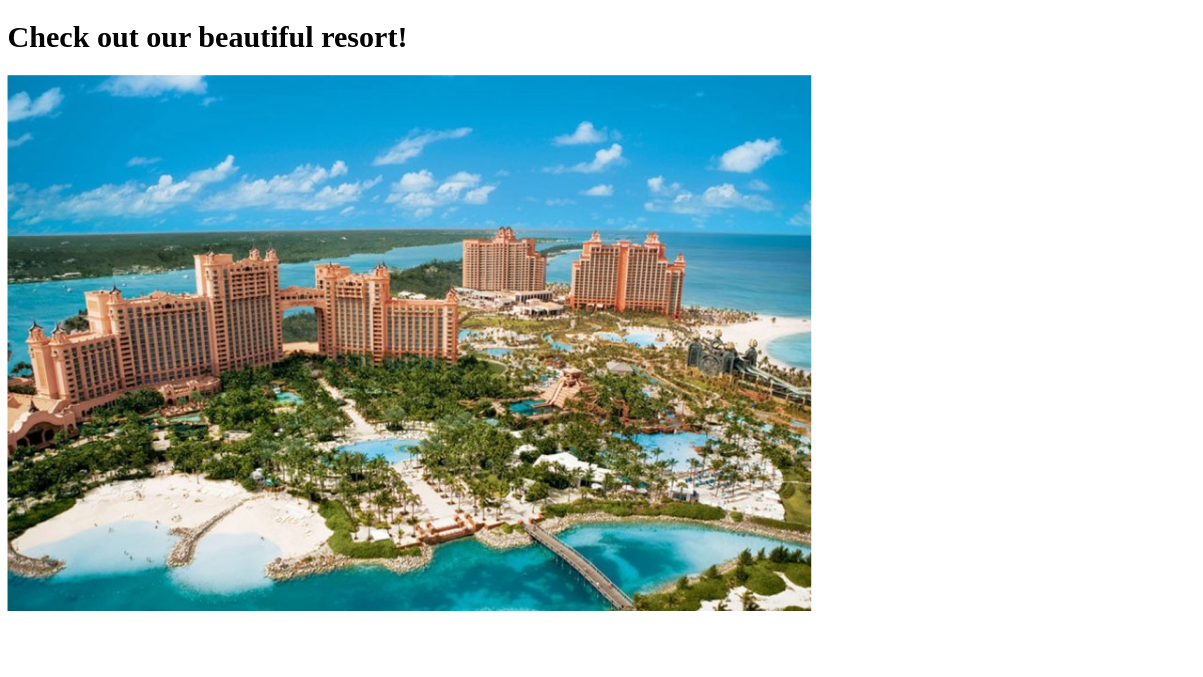
Repository: fieldceleste/island-resort
Page: pictures.html
The author's editor kept a copy of each file at every save. The page is drawn from the files as they stood at one save, then again after the next save.
The browser window is 1280 px wide. The pictures show the whole page, at 94% of full size.

Above is the page before, as saved 2019-10-27 16:45:09.

### pictures.html
<!DOCTYPE html>
<html>
<body>

   <title>Pictures of Celeste's island</title>
<h1>Check out our beautiful resort!</h1>


<p>
<img src="img/beach.jpeg" alt="picture of beach">


</p>

</body>
</html>

After the next save:
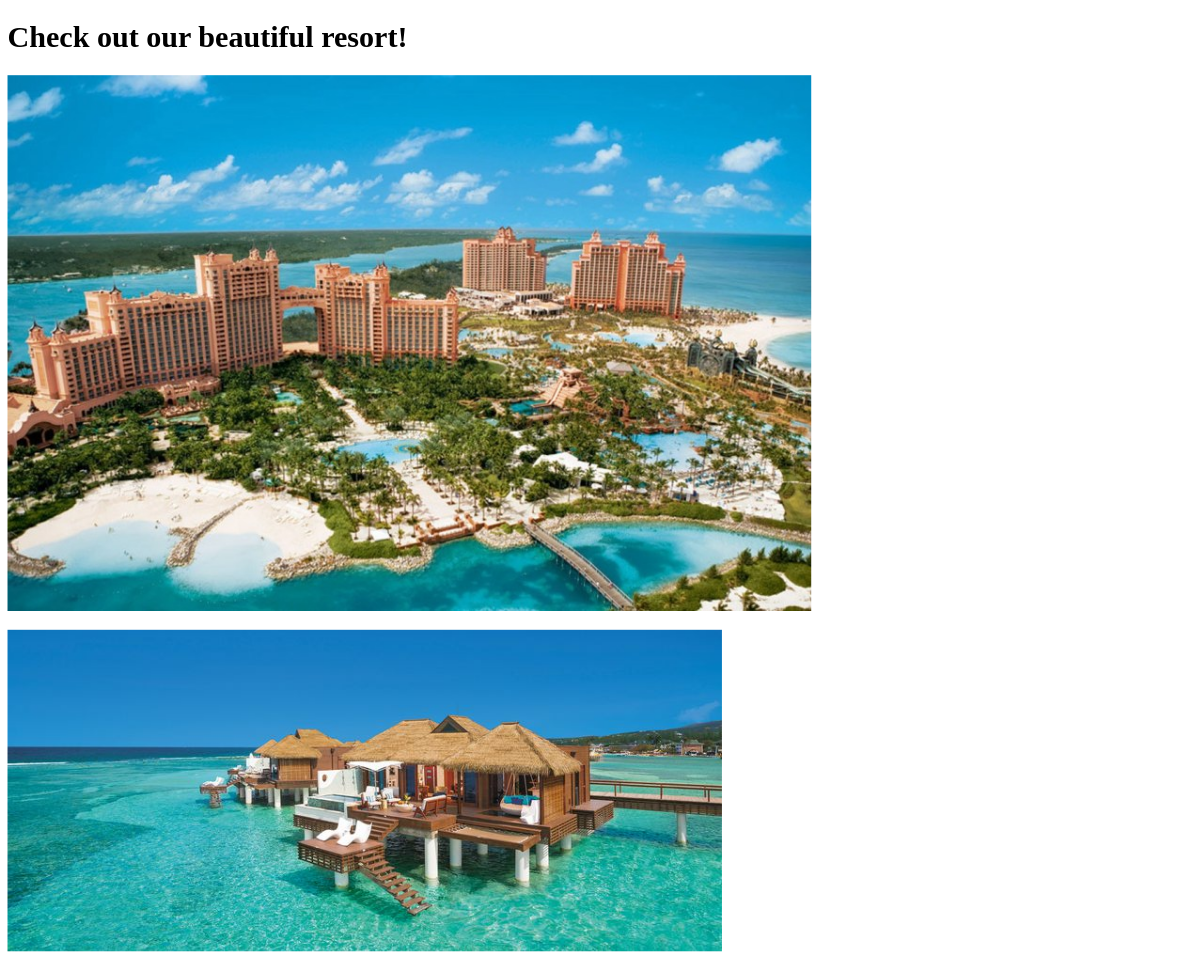
Saved 52 s later.
--- a/pictures.html
+++ b/pictures.html
@@ -8,9 +8,11 @@
 
 <p>
 <img src="img/beach.jpeg" alt="picture of beach">
+</p>
+ <p>
 
+ <img src="img/beachhouse.jpeg" alt="picture of beach house">
 
-</p>
-
+ </p>
 </body>
 </html>
